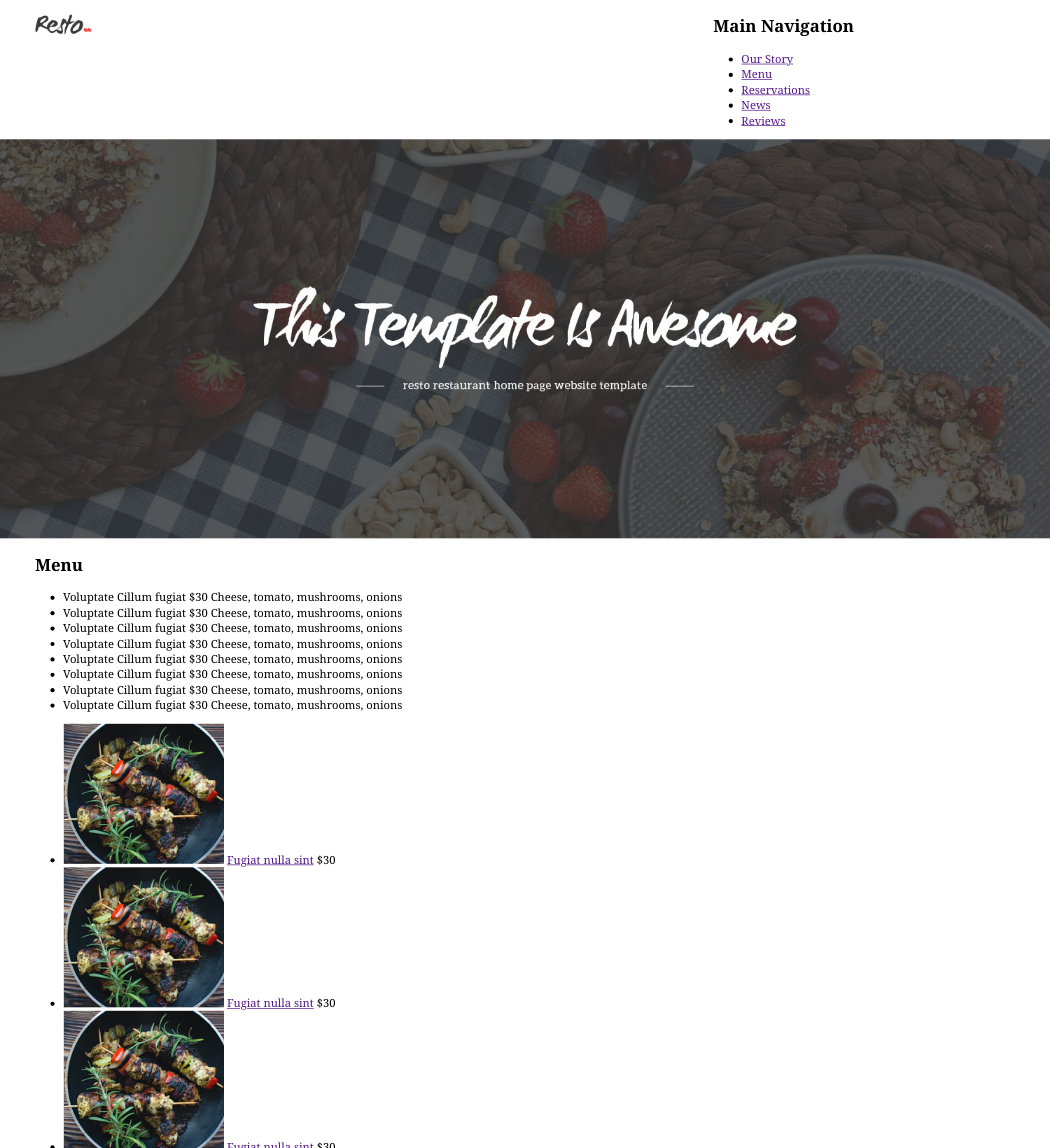
Repository: Piterwk1/psd-to-wordpress
Page: index.html
These files come from the project's save history. The page is drawn as it stood at one moment and after the next save; the edit follows.
The browser window is 1280 px wide. The page is 1500 px wide, so the pictures cover 1500 px, including what lies to the right of the window. The pictures show the part of the page from y = 0 to 1640 px (the page is 2253 px tall), at 70% of full size.

Above is the page before, as saved 2021-09-21 05:33:18.

### index.html
<html lang="en">

<head>
    <meta charset="UTF-8">
    <meta http-equiv="X-UA-Compatible" content="IE=edge">
    <meta name="viewport" content="width=device-width, initial-scale=1.0">
    <title>Resto</title>
    <link rel="stylesheet" href="style.css">
</head>

<body>

    <header>
        <div class="wrapper" id="headerWrapper">
            <h1 class="logo">Rest</h1>
            <nav>
                <h2>Main Navigation</h2>
                <ul>
                    <li><a href="">Our Story</a></li>
                    <li><a href="">Menu</a></li>
                    <li><a href="">Reservations</a></li>
                    <li><a href="">News</a></li>
                    <li><a href="">Reviews</a></li>
                </ul>
            </nav>
        </div>
    </header>

    <!-- start homepage content -->

    <div id="main-banner">
        <img src="images/banner.jpg" alt="Welcome to Resto">
    </div>

    <div class="wrapper">
        <section id="home-menu">
            <h2>Menu</h2>
            <ul>
                <li>
                    <span class="dish">Voluptate Cillum fugiat</span>
                    <span class="price">$30</span>
                    <span class="description">Cheese, tomato, mushrooms, onions</span>
                </li>
                <li>
                    <span class="dish">Voluptate Cillum fugiat</span>
                    <span class="price">$30</span>
                    <span class="description">Cheese, tomato, mushrooms, onions</span>
                </li>
                <li>
                    <span class="dish">Voluptate Cillum fugiat</span>
                    <span class="price">$30</span>
                    <span class="description">Cheese, tomato, mushrooms, onions</span>
                </li>
                <li>
                    <span class="dish">Voluptate Cillum fugiat</span>
                    <span class="price">$30</span>
                    <span class="description">Cheese, tomato, mushrooms, onions</span>
                </li>
                <li>
                    <span class="dish">Voluptate Cillum fugiat</span>
                    <span class="price">$30</span>
                    <span class="description">Cheese, tomato, mushrooms, onions</span>
                </li>
                <li>
                    <span class="dish">Voluptate Cillum fugiat</span>
                    <span class="price">$30</span>
                    <span class="description">Cheese, tomato, mushrooms, onions</span>
                </li>
                <li>
                    <span class="dish">Voluptate Cillum fugiat</span>
                    <span class="price">$30</span>
                    <span class="description">Cheese, tomato, mushrooms, onions</span>
                </li>
                <li>
                    <span class="dish">Voluptate Cillum fugiat</span>
                    <span class="price">$30</span>
                    <span class="description">Cheese, tomato, mushrooms, onions</span>
                </li>
            </ul>
        </section>

        <section id="featured">
            <ul>
                <li>
                    <img src="images/thumb-1.jpg">
                    <a href="">Fugiat nulla sint</a>
                    <span>$30</span>
                    <span class="rating"></span>
                </li>
                <li>
                    <img src="images/thumb-1.jpg">
                    <a href="">Fugiat nulla sint</a>
                    <span>$30</span>
                    <span class="rating"></span>
                </li>
                <li>
                    <img src="images/thumb-1.jpg">
                    <a href="">Fugiat nulla sint</a>
                    <span>$30</span>
                    <span class="rating"></span>
                </li>
                <li>
                    <img src="images/thumb-1.jpg">
                    <a href="">Fugiat nulla sint</a>
                    <span>$30</span>
                    <span class="rating"></span>
                </li>
            </ul>
        </section>
    </div>

    <!-- end homepage content -->

    <footer>
        <div class="wrapper">
            <ul>
                <li>New York Restaurant</li>
                <li>3926 Anmoore Road</li>
                <li>New York, NY 10014</li>
                <li>718-749-1714</li>
            </ul>
            <ul>
                <li>France Restaurant</li>
                <li>68, rue da le Couronne</li>
                <li>75002 PARIS</li>
                <li>02.94.23.69.56</li>
            </ul>
            <ul>
                <li><a href="">Blog</a></li>
                <li><a href="">Careers</a></li>
                <li><a href="">Privacy Policy</a></li>
                <li><a href="">Contact</a></li>
            </ul>
            <ul>
                <li><img src="images/white-logo.png" alt="logo"></li>
                <li>&copy; All rights reserved 2015</li>

            </ul>
        </div>
    </footer>
</body>

</html>

### style.css
body {
    font-family: Georgia, 'Times New Roman', Times, serif;
    margin: 0;
}

.wrapper {
    width: 100%;
    max-width: 1180px;
    padding: 0 10px;
    margin:  0 auto;
}

h1.logo {
    background-image: url(images/logo.png);
    background-repeat: no-repeat;
    width: 100px;
    text-indent: -10000px;
}

#headerWrapper {
    display: flex;
    justify-content: space-between;
    width: 100%;
}

nav {

  margin-right: 10px;

}

After the next save:
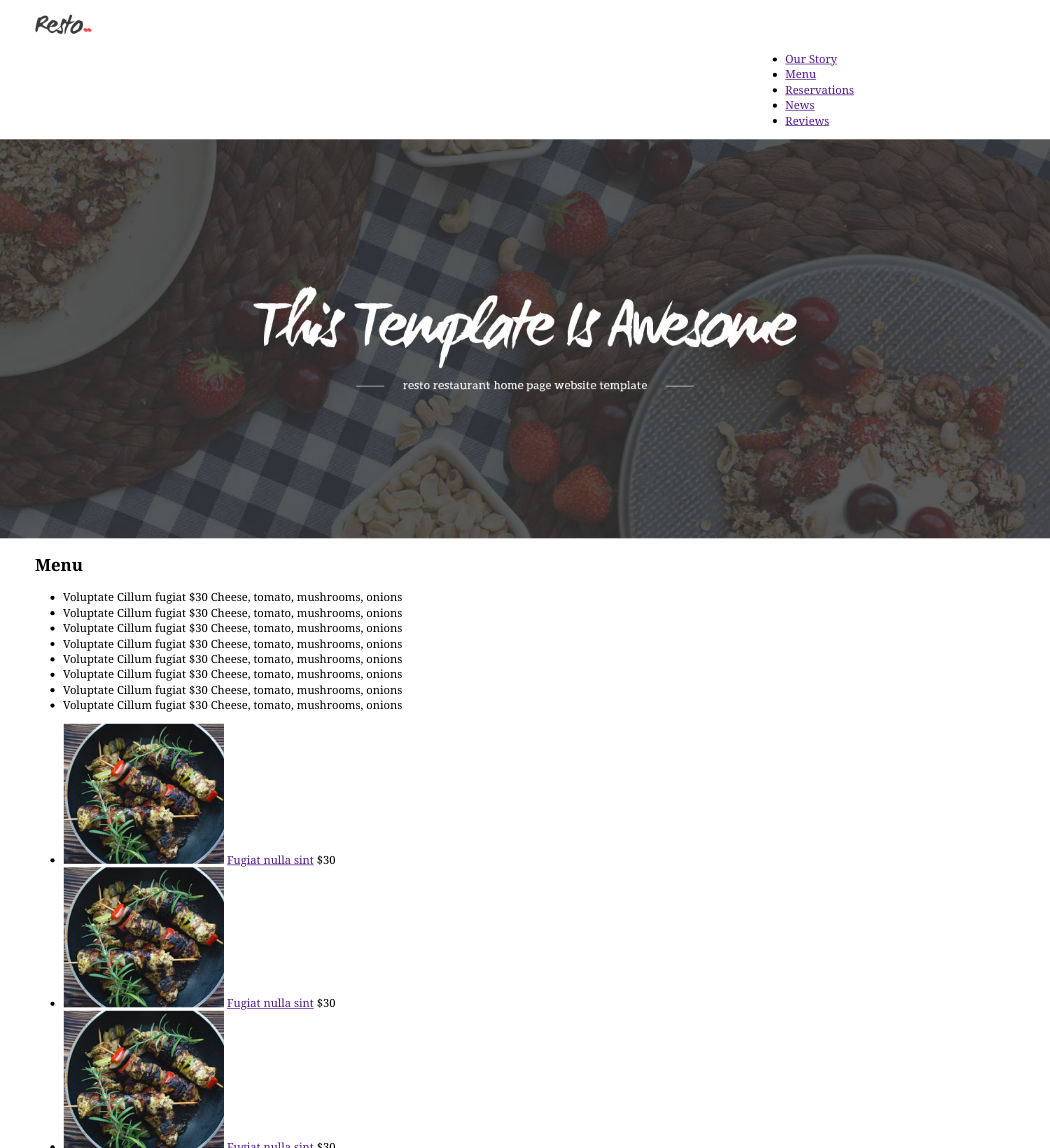
Saved 88 s later.
--- a/style.css
+++ b/style.css
@@ -28,3 +28,7 @@ nav {
   margin-right: 10px;
 
 }
+
+#headerWrapper nav h2 {
+    text-indent: -100000px;
+}
